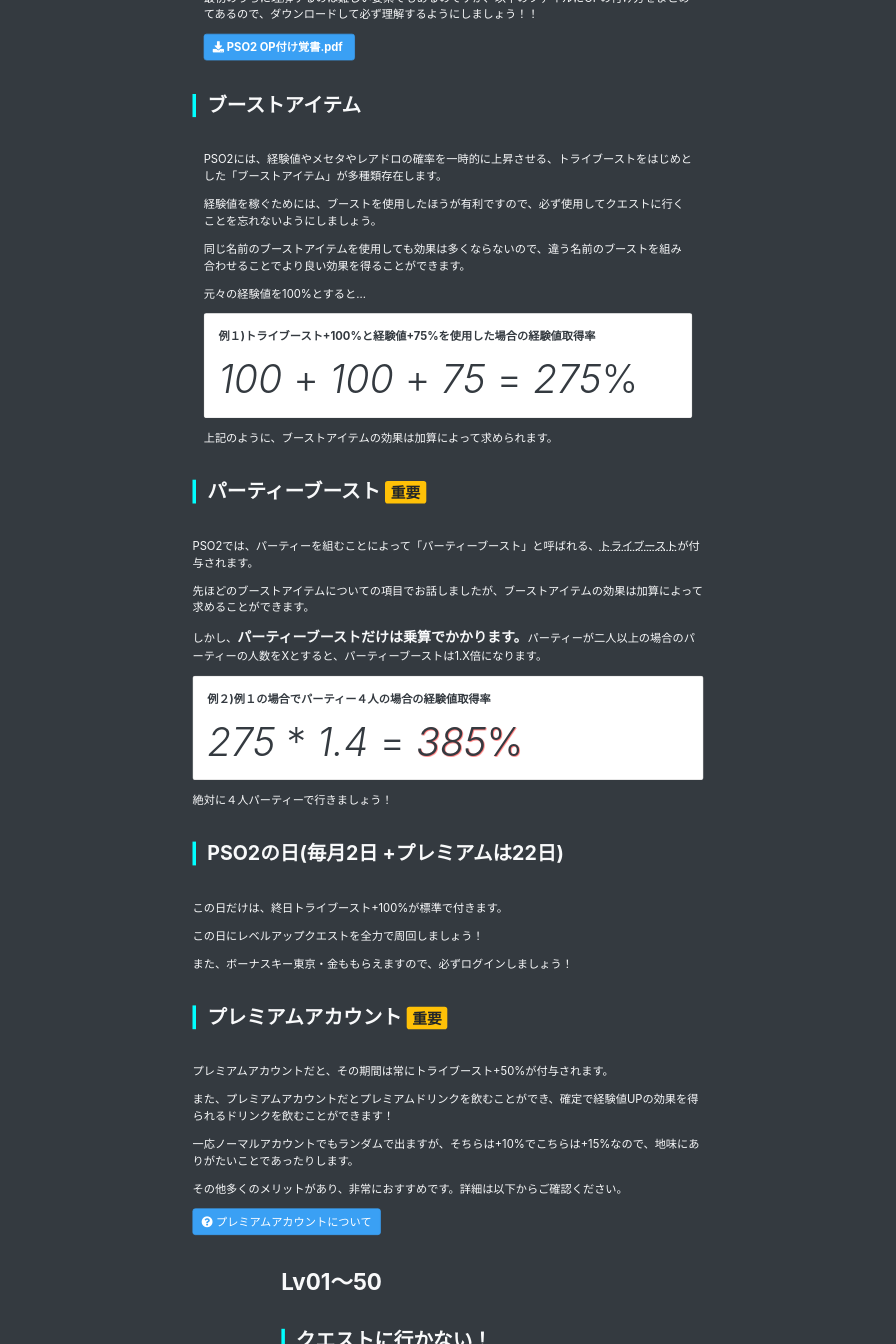
Repository: milkyahonpo/Website_source
Page: docs/capture.html
The author's editor kept a copy of each file at every save. The page is drawn from the files as they stood at one save, then again after the next save.
The browser window is 1280 px wide. The pictures show the part of the page from y = 3896 to 5816 px (the page is 11156 px tall), at 70% of full size.
Some web libraries are served in a nearby version.

Above is the page before, as saved 2020-02-03 09:44:17.

### docs/capture.html
<!DOCTYPE html>
<html lang="ja">
  <head>
    <!-- Required meta tags -->
    <meta charset="utf-8">
    <meta name="viewport" content="width=device-width, initial-scale=1, shrink-to-fit=no">
    <!-- Bootstrap CSS -->
    <link rel="stylesheet" href="https://stackpath.bootstrapcdn.com/bootstrap/4.3.1/css/bootstrap.min.css" integrity="sha384-ggOyR0iXCbMQv3Xipma34MD+dH/1fQ784/j6cY/iJTQUOhcWr7x9JvoRxT2MZw1T" crossorigin="anonymous">
    <!-- My CSS -->
    <link rel="stylesheet" href="css/capture.css">
    <!-- favicon -->
    <link rel="shortcut icon" href="img/favicon.ico">
    <!-- Font Awesome -->
    <link href="https://use.fontawesome.com/releases/v5.6.1/css/all.css" rel="stylesheet">
    <!-- Google Fonts -->
    <link href="https://fonts.googleapis.com/css?family=Titillium+Web&display=swap" rel="stylesheet">

    <title>みるく屋本舗 - 攻略本 -</title>
  </head>

  <body>
  <!-- Navigation -->
  <nav class="navbar navbar-expand-lg navbar-light fixed-top py-3" id="mainNav">
    <div class="container">
      <a class="navbar-brand" href="index.html">
        <img src="./img/logo.png" width="50" height="50" alt="">
        <b>みるく屋本舗</b>
      </a>
      <button class="navbar-toggler navbar-togglar-right" type="button" data-toggle="collapse" data-target="#navbarResponsive" aria-controls="navbarResponsive" aria-expanded="false" aria-label="Toggle navigation">
        <span class="navbar-toggler-icon"></span>
      </button>
      <div class="collapse navbar-collapse" id="navbarResponsive">
        <ul class="navbar-nav ml-auto my-2 my-lg-0">
          <li class="nav-item">
            <a class="nav-link js-scroll-trigger" href="#basic">基礎知識</a>
          </li>
          <li class="nav-item">
            <a class="nav-link js-scroll-trigger" href="#lv1-50">Lv01～Lv50</a>
          </li>
          <li class="nav-item">
            <a class="nav-link js-scroll-trigger" href="#lv51-75">Lv51～Lv75</a>
          </li>
          <li class="nav-item">
            <a class="nav-link js-scroll-trigger" href="#lv76-80">Lv76～Lv80</a>
          </li>
          <li class="nav-item">
            <a class="nav-link js-scroll-trigger" href="#lv81-90">Lv81～Lv90</a>
          </li>
        </ul>
      </div>
    </div>
  </nav>
  <!-- About Section -->
  <section class="page-section h-100 bg-dark text-light">
    <div class="container h-100">
      <div class="row h-100 justify-content-center align-items-center">
        <div class="col-lg-8">
          <h2 class="display-1 mt-0 font-weight-bold text-center"><span style="color: cyan;">攻</span>略本</h2>
          <hr class="divider my-4">
          <p class="lead text-center">チムメンに役立つ育成情報を掲載します！</p>
          <p class="text-center"><small>最終更新 : 2020/01/23</small></p>
        </div>
      </div>
    </div>
  </section>

  <div class="page-section bg-dark text-light">
    <div class="container">
      <div class="row py-5 justify-content-center" id="basic">
        <div class="col-md-8">
          <h2 class="font-weight-bold">基礎知識</h2>
          <h3 class="my-5 pl-3"><strong class="font-weight-bold">メインクラスとサブクラス</strong></h3>
          <div class="px-3">
            <div>
              PSO2には「メインクラス」と「サブクラス」があります。
              <ul>
                <li>「メインクラス」装備できる武器に影響するクラス</li>
                <li>「サブクラス」一部のスキルとステータスの影響を受けるクラス<br>
              </ul>
              以下にクラス一覧と、その装備できる武器について示します。
            </div>
            <p class="alert alert-info">ガンスラッシュはどのクラスでも使用することができます。</p>
            <h4>通常クラス</h4>
            <table class="table table-striped table-hover my-3 table-dark">
              <tr><th>アイコン</th><th>クラス名</th><th>略称</th><th>装備できる武器</th></tr>
              <tr><td><img class="img-thumbnail" src="img/Hu.png"　style="display: inline-block" width="50px" height="auto"></td><td><a href="https://pso2.swiki.jp/index.php?%E3%83%8F%E3%83%B3%E3%82%BF%E3%83%BC">ハンター</a></td><td>Hu</td><td><ul><li>ソード</li><li>ワイヤードランス</li><li>パルチザン</li></ul></td></tr>
              <tr><td><img class="img-thumbnail" src="img/Fi.png"　style="display: inline-block" width="50px" height="auto"></td><td><a href="https://pso2.swiki.jp/index.php?%E3%83%95%E3%82%A1%E3%82%A4%E3%82%BF%E3%83%BC">ファイター</a></td><td>Fi</td><td><ul><li>ツインダガー</li><li>ダブルセイバー</li><li>ナックル</li></ul></td></tr>
              <tr><td><img class="img-thumbnail" src="img/Ra.png"　style="display: inline-block" width="50px" height="auto"></td><td><a href="https://pso2.swiki.jp/index.php?%E3%83%AC%E3%83%B3%E3%82%B8%E3%83%A3%E3%83%BC">レンジャー</a></td><td>Ra</td><td><ul><li>ランチャー</li><li>アサルトライフル</li></ul></td></tr>
              <tr><td><img class="img-thumbnail" src="img/Gu.png"　style="display: inline-block" width="50px" height="auto"></td><td><a href="https://pso2.swiki.jp/index.php?%E3%82%AC%E3%83%B3%E3%83%8A%E3%83%BC">ガンナー</a></td><td>Gu</td><td><ul><li>ツインマシンガン</li><li>アサルトライフル</li></ul></td></tr>
              <tr><td><img class="img-thumbnail" src="img/Fo.png"　style="display: inline-block" width="50px" height="auto"></td><td><a href="https://pso2.swiki.jp/index.php?%E3%83%95%E3%82%A9%E3%83%BC%E3%82%B9">フォース</a></td><td>Fo</td><td><ul><li>ロッド</li><li>タリス</li></ul></td></tr>
              <tr><td><img class="img-thumbnail" src="img/Te.png"　style="display: inline-block" width="50px" height="auto"></td><td><a href="https://pso2.swiki.jp/index.php?%E3%83%86%E3%82%AF%E3%82%BF%E3%83%BC">テクター</a></td><td>Te</td><td><ul><li>ウォンド</li><li>タリス</li></ul></td></tr>
              <tr><td><img class="img-thumbnail" src="img/Br.png"　style="display: inline-block" width="50px" height="auto"></td><td><a href="https://pso2.swiki.jp/index.php?%E3%83%96%E3%83%AC%E3%82%A4%E3%83%90%E3%83%BC">ブレイバー</a></td><td>Br</td><td><ul><li>カタナ</li><li>バレットボウ</li></ul></td></tr>
              <tr><td><img class="img-thumbnail" src="img/Bo.png"　style="display: inline-block" width="50px" height="auto"></td><td><a href="https://pso2.swiki.jp/index.php?%E3%83%90%E3%82%A6%E3%83%B3%E3%82%B5%E3%83%BC">バウンサー</a></td><td>Bo</td><td><ul><li>ジェットブーツ</li><li>デュアルブレード</li></ul></td></tr>
              <tr><td><img class="img-thumbnail" src="img/Su.png"　style="display: inline-block" width="50px" height="auto"></td><td><a href="https://pso2.swiki.jp/index.php?%E3%82%B5%E3%83%A2%E3%83%8A%E3%83%BC">サモナー</a></td><td>Su</td><td><ul><li>タクト</li></ul></td></tr >
            </table>
            <div class="my-5">
              <p>これらの通常クラスのいずれか２つをレベル75にすることで選択可能になる<strong class="lead font-weight-bold">「後継クラス」</strong>というものがあります。</p>
              <p>後継クラスは現状で３つあり、ファントムとエトワールはサブクラスとしてセットすることができますが、メインクラスとして使う場合、<strong class="lead font-weight-bold">全てサブクラスをセットすることができません。</strong>その代わりに、各クラス特徴のある強力なクラススキルを有しており、非常に優秀なクラスとなっています。</p>
            </div>
            <h4>後継クラス</h4>
            <table class="table table-striped table-hover my-3 table-dark">
              <tr><th>アイコン</th><th>クラス名</th><th>略称</th><th>装備できる武器</th></tr>
              <tr><td><img class="img-thumbnail" src="img/Hr.png"　style="display: inline-block" width="50px" height="auto"></td class="align-items-center"><td><a href="https://pso2.swiki.jp/index.php?%E3%83%92%E3%83%BC%E3%83%AD%E3%83%BC">ヒーロー</a></td><td>Hr</td><td><ul><li>ソード</li><li>ツインマシンガン</li><li>タリス</li></ul></td></tr>
              <tr><td><img class="img-thumbnail" src="img/Ph.png"　style="display: inline-block" width="50px" height="auto"></td><td><a href="https://pso2.swiki.jp/index.php?%E3%83%95%E3%82%A1%E3%83%B3%E3%83%88%E3%83%A0">ファントム</a></td><td>Ph</td><td><ul><li>カタナ</li><li>アサルトライフル</li><li>ロッド</li></td></tr>
              <tr><td><img class="img-thumbnail" src="img/Et.png"　style="display: inline-block" width="50px" height="auto"></td><td><a href="https://pso2.swiki.jp/index.php?%E3%82%A8%E3%83%88%E3%83%AF%E3%83%BC%E3%83%AB">エトワール</a></td><td>Et</td><td><ul><li>ダブルセイバー</li><li>デュアルブレード</li><li>ウォンド</li></td></tr>
            </table>
            <p>「メインクラス」は、当然ですが入手した経験値の100%が加算されます。</p>
            <p>「サブクラス」も、セットしておくだけでサブクラスがレベル70までは<strong class="lead font-weight-bold">メインクラスが獲得した経験値の25%</strong>が加算されます。</p>
            <p>そのため、必ずサブクラスをつけておきましょう。</p>
          </div>
          <h3 class="my-5 pl-3"><strong class="font-weight-bold"><abbr title="特殊能力(DL先のファイルに詳細)">OP</abbr>・<abbr title="S級特殊能力(DL先のファイルに詳細)">SOP</abbr>付け</strong></h3>
          <div class="px-3">
            <p>PSO2の武器や<abbr title="防具のこと">ユニット</abbr>には、OPと呼ばれる特殊能力を付与することができます。</p>
            <p>これを付けていないとどれだけ頑張っても火力が出なかったり、伸び悩んでしまう原因になります。</p>
            <p>最初のうちに理解するのは難しい要素でもあるのですが、以下のファイルにOPの付け方をまとめてあるので、ダウンロードして必ず理解するようにしましょう！！</p>
            <div class="movie-box">
              <iframe width="560" height="315" src="https://www.youtube-nocookie.com/embed/dSWcW5Sa8bw" frameborder="0" allow="accelerometer; autoplay; encrypted-media; gyroscope; picture-in-picture" allowfullscreen></iframe>
            </div>
          </div>
          <h3 class="my-5 pl-3"><strong class="font-weight-bold"><abbr title="特殊能力(DL先のファイルに詳細)">OP</abbr>・<abbr title="S級特殊能力(DL先のファイルに詳細)">SOP</abbr>付け</strong></h3>
          <div class="px-3">
            <p>PSO2の武器や<abbr title="防具のこと">ユニット</abbr>には、OPと呼ばれる特殊能力を付与することができます。</p>
            <p>これを付けていないとどれだけ頑張っても火力が出なかったり、伸び悩んでしまう原因になります。</p>
            <p>最初のうちに理解するのは難しい要素でもあるのですが、以下のファイルにOPの付け方をまとめてあるので、ダウンロードして必ず理解するようにしましょう！！</p>
            <a class="text-decoration-none" href="./document/PSO2 OP付け覚書.pdf" download="PSO2 OP付け覚書.pdf">
              <button class="btn btn-primary">
                <span class="text-decoration-none"><i class="fas fa-download"></i><b class="px-1">PSO2 OP付け覚書.pdf</b></span>
              </button>
            </a>
          </div>
          <h3 class="my-5 pl-3"><strong class="font-weight-bold">ブーストアイテム</strong></h3>
          <div class="px-3">
            <p>PSO2には、経験値やメセタやレアドロの確率を一時的に上昇させる、トライブーストをはじめとした「ブーストアイテム」が多種類存在します。</p>
            <p>経験値を稼ぐためには、ブーストを使用したほうが有利ですので、必ず使用してクエストに行くことを忘れないようにしましょう。</p>
            <p>同じ名前のブーストアイテムを使用しても効果は多くならないので、違う名前のブーストを組み合わせることでより良い効果を得ることができます。</p>
            <p>元々の経験値を100%とすると...</p>
            <div class="card mb-3 text-dark">
              <div class="card-body">
              <p><b>例１)トライブースト+100%と経験値+75%を使用した場合の経験値取得率</b></p>
              <strong class="my-1 display-4"><var>100</var> + <var>100</var> + <var>75</var> = <var>275</var>%</strong>
              </div>
            </div>
            <p>上記のように、ブーストアイテムの効果は加算によって求められます。</p>
          </div>
          <h3 class="my-5 pl-3"><strong class="font-weight-bold">パーティーブースト </strong><span class="badge badge-warning">重要</span></h3>
          <p>PSO2では、パーティーを組むことによって「パーティーブースト」と呼ばれる、<abbr title="略称「トラブ」 メセタ、レアドロ、経験値獲得量UP">トライブースト</abbr>が付与されます。</p>
          <p>先ほどのブーストアイテムについての項目でお話しましたが、ブーストアイテムの効果は加算によって求めることができます。</p>
          <p>しかし、<strong class="lead font-weight-bold">パーティーブーストだけは乗算でかかります。</strong>パーティーが二人以上の場合のパーティーの人数をXとすると、パーティーブーストは1.X倍になります。</p>
          <div class="card mb-3 text-dark">
            <div class="card-body">
            <p><b>例２)例１の場合でパーティー４人の場合の経験値取得率</b></p>
            <strong class="my-1 display-4"><var>275</var> * <var>1.4</var> = <span class="enh"><var>385</var>%</span></strong><br>
            </div>
          </div>
          <p>絶対に４人パーティーで行きましょう！</p>

          <h3 class="my-5 pl-3"><strong class="font-weight-bold">PSO2の日(毎月2日 +プレミアムは22日)</strong></h3>
          <p>この日だけは、終日トライブースト+100%が標準で付きます。</p>
          <p>この日にレベルアップクエストを全力で周回しましょう！</p>
          <p>また、ボーナスキー東京・金ももらえますので、必ずログインしましょう！</p>

          <h3 class="my-5 pl-3"><strong class="font-weight-bold">プレミアムアカウント </strong><span class="badge badge-warning">重要</span></h3>
          <p>プレミアムアカウントだと、その期間は常にトライブースト+50%が付与されます。</p>
          <p>また、プレミアムアカウントだとプレミアムドリンクを飲むことができ、確定で経験値UPの効果を得られるドリンクを飲むことができます！</p>
          <p>一応ノーマルアカウントでもランダムで出ますが、そちらは+10%でこちらは+15%なので、地味にありがたいことであったりします。</p>
          <p>その他多くのメリットがあり、非常におすすめです。詳細は以下からご確認ください。</p>
          <a href="http://pso2.jp/players/manual/preparations/ac/#sys-manual-513"><button class="btn btn-primary"><i class="fas fa-question-circle"></i> プレミアムアカウントについて</button></a>
        </_div>
      <//div>
      <div class="row py-5 justify-content-center" id="lv1-50">
        <div class="col-lg-8">
          <h2><b>Lv01～50</b></h2>
          <h3 class="my-5 pl-3"><strong class="font-weight-bold">クエストに行かない！</strong></h3>
          <div class="px-3">
            <p>それが大事です。ひたすらに。</p>
            <p>理由としては、難易度的にも効率的にも、経験値がおいしくないからです。</p>
            <p>初心者として始めた時点だと、倉庫に「経験値獲得チケット」が眠っているので、まずはそれを使ってドシドシとレベルを上げていきましょう！</p>
            <p>１レベル上がるのに必要な経験値が一気に上がるのは41レベル以降なので、そこまでは一気に上がっていくはずです。</p>
            <p><strong class="lead font-weight-bold">しかし！！</strong>以下の注意点があります...</p>
          </div>
          <h3 class="my-5 pl-3"><strong class="font-weight-bold">レベル制限解除試練・Ⅰ<span class="mx-3">or</span>Ⅱ</strong></h3>
          <div class="px-3">
            <p><strong class="lead font-weight-bold">ゲートエリアのNPCコフィーのクライアントオーダー</strong>から、Ⅰはクラスレベル20、Ⅱはクラスレベル35になると受けることができます。</p>
            <p>このオーダーをクリアしておかないと、レベル30とレベル40の時点で<abbr title="レベルがそれ以上上がらない状態になること">レベルキャップ</abbr>を迎えてしまいます。そうなると経験値チケットを使用しても無駄になるだけなので、しっかりと解放しておきましょう！</p>
          </div>
        </div>
      </div>
      <div class="row py-5 justify-content-center" id="lv51-75">
        <div class="col-lg-8">
          <h2 class="mb-5"><b>Lv51～75</b></h2>
          <h3 class="my-5 pl-3"><strong class="font-weight-bold">ボーナスキー</strong></h3>
          <div class="px-3">
            <p><strong class="lead font-weight-bold">ここまで取っておいた君！よく我慢した！！！</strong></p>
            <p>ボーナスキーは有効期限がありますので、ここらで使うのも手ではないでしょうか。</p>
            <p>しかし、ボーナスクエストは、自身の現在のレベルに比例して取得できる経験値量が増加します。</p>
            <p>自身のレベルが80になると、取得できる経験値量の変動が頭打ちになるので、そこで使うのがもっとも効率が良い方法になります。</p>
            <p><strong class="lead font-weight-bold">PSO2の日はボーナスクエストにも経験値+100%がつく</strong>ので、期限がもつならその時に行きましょう！</p>
          </div>
          <h3 class="my-5 pl-3"><strong class="font-weight-bold">暗影渦巻く壊れた世界SH </strong><span class="badge badge-warning">重要</span></h3>
          <div class="px-3">
            <p>これより経験値がおいしいクエストは、他にはボーナスキーしかないレベルです。</p>
            <p>圧倒的経験値効率を誇るクエストなので、レベリングには必ず行きましょう！</p>
            <p><strong class="lead font-weight-bold">レベルアップクエストの仕様上、5日周期で1日来る</strong>ので必ずチェックしておきましょう。</p>
          </div>
          <h3 class="my-5 pl-3"><strong class="font-weight-bold">クラスごとの<abbr title="スキルポイント スキルツリーのスキルを取得するために必要になる レベル1UPごとに1SP">SP</abbr>取得クライアントオーダー </strong><span class="badge badge-warning">重要</span></h3>
          <div class="px-3">
            <p>レベル75になると、クラスキューブというアイテムを渡すことによって、クラスごとにSPを獲得できるクライアントオーダーが解放されます。</p>
            <p>クラスキューブとは、ハンターであれば「Huエクスキューブ」といったような、クラスの略称がついたアイテムになります。</p>
            <p>全てのクラス共通で、最初は1個、次は2個、3個、4個と要求数が増えていき、全4つのオーダーで合計10個のクラスキューブが必要になります。</p>
            <p><strong class="lead font-weight-bold">ゲートエリアのNPCシロナの「トレジャーショップ」</strong>から、SGまたはメセタを使用してクラスキューブを購入することができます。売っているクラスキューブは日替わりなので、自分の欲しいクラスキューブが陳列された時に購入しましょう！</p>
            <p>また、レベル90のレベルキャップに到達した状態でレベルアップすることで、そのクラスのクラスキューブを<strong class="lead font-weight-bold">レベルアップごとに７個</strong>取得することができます。</p>
          </div>
        </div>
      </div>
          <!--
          <h3 class="my-5 pl-3"><strong class="font-weight-bold">レベル75制限解除試験・○○ </strong><span class="badge badge-info">後継クラスのみ</span></h3>
          <p>レベル75制限解除試験とは、その名の通りレベル75のレベルキャップを解放するクライアントオーダーです。</p>
          <p>これまでもレベル30の時点やレベル40の時点にも存在したものと同じになります。</p>
          <p>このレベルキャップ解放はクラスごとにクリアする必要があります。</p>
          <p>条件は、<br>
          <strong class="lead font-weight-bold">「<abbr title="ガンスラッシュは対象外です">メインクラスで装備できる武器種</abbr>の☆13以上を+35まで強化する」</strong><br>
          というものになります。</p>
          <p><strong class="lead font-weight-bold">ゲートエリアのNPCプリンの「コレクトシート」</strong>で、☆13武器の+35をゲットするだけで達成することができます。</p>
          <p>コレクトシートとは、数あるアイテムの中から自身が欲しいアイテムを選択し、そのアイテムのシートを入手したのちに、シート中に記載されている必要項目を全達成することで対象のアイテムが入手できるというものです。</p>
          <p>それぞれの項目に指定された条件を達成すると項目のゲージが上昇していき、ゲージが最大になった時にドロップするアイテムを入手することで項目が達成されます。</p>
          <p>基本的にコレクトシートの項目の条件は、入手した時点で開催されている緊急クエストや期間限定クエストで達成できるものが設定されているので、どんどん参加しましょう！</p>
          -->

      <div class="row py-5 justify-content-center" id="lv76-80">
        <div class="col-lg-8">
          <h2 class="mb-5"><b>Lv76～80</b></h2>
          <h3 class="my-5 pl-3"><strong class="font-weight-bold">必要経験値の異常なまでの上昇 </strong><span class="badge badge-danger">難関</span></h3>
          <p><strong class="lead font-weight-bold">今までとは比べ物にならないくらいにレベルが上がらなくなってきます。</strong></p>
          <p>ただ、昔のPSO2と比較したら今はボーナスキーもあり、レベルアップクエストなんてものもあり、
          そのうえPSO2の日では経験値+100%で、プレミアムなら毎日トライブースト+50%もつくだって！？</p>
          <strong class="lead font-weight-bold">めげずに頑張りましょう！私たちがついています！</strong>

          <h3 class="my-5 pl-3"><strong class="font-weight-bold">ボーナスキー </strong></h3>
          <p>それはここでも同じです。</p>
          <p>PSO2で経験値が一番おいしいクエストは間違いなくボーナスキー！</p>
          <p>手に入れたらPSO2の日をねらって絶対に行きましょう！</p>
          <p>(ブーストアイテムを忘れずにね！)</p>

          <h3 class="my-5 pl-3"><strong class="font-weight-bold">暗影渦巻く壊れた世界XH </strong><span class="badge badge-success">更新時点 推奨</span></h3>
          <p>現状最強武器の「リバレイト〇〇」という武器の入手にはクラスキューブが必要になります。</p>
          <p>また、2020/02/05まで開催されている<a href="http://pso2.jp/players/event/newyear2020/">SPACE MAGATSU DESTROYERS</a>の個人ポイント獲得はこの暗影でもためることができ、暗影は1周2分で周回できるので非常に高効率となっています。(本来あってはならないことかもしれませんが...)</p>
          <p>以上の理由から、現時点では高レベルのプレイヤーも暗影を周回しており、人がすぐに集まることも多いため、以下に記載してあるSHを周回するよりも圧倒的に高効率でレベルアップすることができます。</p>

          <h3 class="my-5 pl-3"><strong class="font-weight-bold">暗影渦巻く壊れた世界SH </strong><span class="badge badge-secondary">更新時点 非推奨</span></h3>
          <p>「え？なんでまだこの段階でもXH行かないの？」</p>
          <p>そう思う方も多いことでしょう。</p>
          <p>試しにXHに行ってみた方はわかると思いますが、
          <strong class="lead font-weight-bold">クエストに12人いることのほうが少ないです。</strong></p>
          <p>理由はSHとXHの受注可能なレベル帯の差にあります。</p>
          <p>SHはレベル50から受注可能で、XHには、メインサブの双方を75まで上げないと行けません。</p>
          <p>なので、SHを回るのは、75-50=レベル25分の幅の方で、
          なおかつメインはレベル75であってもサブはまだという方も含まれます。</p>
          <p>それに対してXHはレベル75から受注可能で、最大はレベル90です。</p>
          <p>なので、XHを回るのは、90-75=レベル15分の幅の方で、
          なおかつメインサブ双方が75以上である方です。</p>
          <p>それゆえに、暗影で人数が集まるのは必然的にSHとなるわけです。</p>
          <p>人数が集まるということは、パーティーが組めるのでブーストがのる。</p>
          <p><strong class="lead font-weight-bold">そういうことです！</strong></p>

          <h3 class="my-5 pl-3"><strong class="font-weight-bold">クラスごとのSP取得クライアントオーダー </strong></h3>
          <p>Lv51～75で前述のとおりです。</p>
          <p>もしもレベル75の時点でやっていなかったのであれば、必ずここで済ませてしまいましょう！</p>

          <!--
          <h3 class="my-5 pl-3"><strong class="font-weight-bold">レベル80制限解除試験・○○ </strong></h3>
          <p>「またレベルキャップか・・・」</p>
          <p>安心してください。今回のは<b>めちゃくちゃ簡単</b>です。</p>
          <p>レベルを75にした時点で称号報酬でもらっていた、３つの<strong class="lead font-weight-bold">「サブ／ステラウォール」</strong>というユニット。</p>
          <p>若しくは、ここまで暗影を周回している人なら持っているであろう「ウェポンズバッジ2019」。</p>
          <p>それとバッジ交換ショップで交換できる☆12ユニットの、</p>
          <p><strong class="lead font-weight-bold">「リア／サーキュレイ」、「アーム／サーカレイ」、「レッグ／サークレイ」</strong>。</p>
          <p>そのどちらかのシリーズを全て+10にしてから装備して話しかけるだけで達成できます。</p>
          <p>ユニットの強化は、武器と比較してものすごく簡単なので、
          強化値+7までは補助アイテム何も無しで上げていき、
          +8以降は、「強化成功率+5%」と「強化リスク軽減(+1)」を使用して上げていくだけで十分です。</p>
          <p>もっていないのであれば、どちらも非常に安価にマイショップで販売していますので、
          どんどん上げて、ぱぱっと報告してしまいましょう！</p>
          -->
        </div>
      </div>
      <div class="row py-5 justify-content-center" id="lv81-90">
        <div class="col-lg-8">
          <h2 class="mb-5"><b>Lv81～90</b></h2>
          <h3 class="my-5 pl-3 display-4"><font color="orange">気合 <i class="fas fa-exclamation"></i></font></h3>
          <p>今までの知識をすべて駆使してレベルを上げていきましょう。</p>
          <p>ブースト、ボーナスキー、暗影...</p>
          <p><b style="font-size: 20px">頂上はもうすぐです！</b></p>
        </div>
      </div>
    </div>
  </div>
</section>
  <!-- Footer -->
  <footer class="bg-light py-5">
    <div class="container">
      <div class="small text-center text-muted">※当サイトの一部の掲載画像等に関する権利は、株式会社セガゲームズに帰属しています。</div>
      <div class="small text-center text-muted">Copyright &copy; 2019 - MYH / SEGA PHANTASY STAR ONLINE 2</div>
    </div>
  </footer>

  <!-- Bootstrap core JavaScript -->
  <script src="vendor/jquery/jquery.min.js"></script>
  <script src="vendor/bootstrap/js/bootstrap.bundle.min.js"></script>

  <!-- Plugin JavaScript -->
  <script src="vendor/jquery-easing/jquery.easing.min.js"></script>
  <script src="vendor/magnific-popup/jquery.magnific-popup.min.js"></script>

  <!-- Custom scripts for this template -->
  <script src="js/creative.min.js"></script>

    <!-- Optional JavaScript -->
    <!-- jQuery first, then Popper.js, then Bootstrap JS -->
    <script src="https://code.jquery.com/jquery-3.3.1.slim.min.js" integrity="sha384-q8i/X+965DzO0rT7abK41JStQIAqVgRVzpbzo5smXKp4YfRvH+8abtTE1Pi6jizo" crossorigin="anonymous"></script>
    <script src="https://cdnjs.cloudflare.com/ajax/libs/popper.js/1.14.7/umd/popper.min.js" integrity="sha384-UO2eT0CpHqdSJQ6hJty5KVphtPhzWj9WO1clHTMGa3JDZwrnQq4sF86dIHNDz0W1" crossorigin="anonymous"></script>
    <script src="https://stackpath.bootstrapcdn.com/bootstrap/4.3.1/js/bootstrap.min.js" integrity="sha384-JjSmVgyd0p3pXB1rRibZUAYoIIy6OrQ6VrjIEaFf/nJGzIxFDsf4x0xIM+B07jRM" crossorigin="anonymous"></script>
  </body>
</html>

Loaded but not shown: docs/css/capture.css (library); docs/vendor/jquery/jquery.min.js (library); docs/vendor/bootstrap/js/bootstrap.bundle.min.js (library); docs/vendor/jquery-easing/jquery.easing.min.js (common file); docs/vendor/magnific-popup/jquery.magnific-popup.min.js (library); docs/js/creative.min.js (7 lines, source omitted)

After the next save:
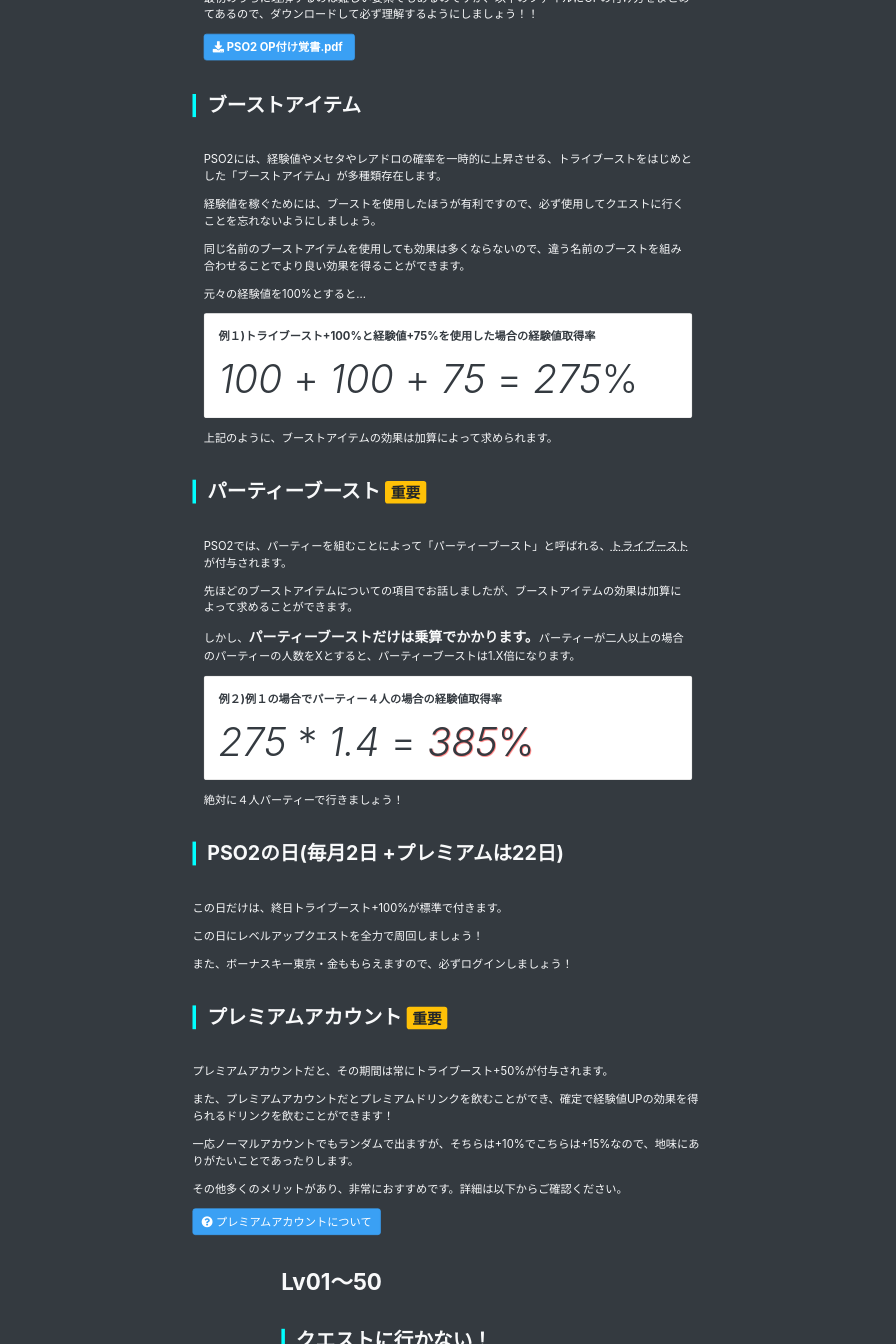
Saved 12 s later.
--- a/docs/capture.html
+++ b/docs/capture.html
@@ -143,17 +143,18 @@
             <p>上記のように、ブーストアイテムの効果は加算によって求められます。</p>
           </div>
           <h3 class="my-5 pl-3"><strong class="font-weight-bold">パーティーブースト </strong><span class="badge badge-warning">重要</span></h3>
-          <p>PSO2では、パーティーを組むことによって「パーティーブースト」と呼ばれる、<abbr title="略称「トラブ」 メセタ、レアドロ、経験値獲得量UP">トライブースト</abbr>が付与されます。</p>
-          <p>先ほどのブーストアイテムについての項目でお話しましたが、ブーストアイテムの効果は加算によって求めることができます。</p>
-          <p>しかし、<strong class="lead font-weight-bold">パーティーブーストだけは乗算でかかります。</strong>パーティーが二人以上の場合のパーティーの人数をXとすると、パーティーブーストは1.X倍になります。</p>
-          <div class="card mb-3 text-dark">
-            <div class="card-body">
-            <p><b>例２)例１の場合でパーティー４人の場合の経験値取得率</b></p>
-            <strong class="my-1 display-4"><var>275</var> * <var>1.4</var> = <span class="enh"><var>385</var>%</span></strong><br>
-            </div>
-          </div>
-          <p>絶対に４人パーティーで行きましょう！</p>
-
+          <div class="px-3">
+            <p>PSO2では、パーティーを組むことによって「パーティーブースト」と呼ばれる、<abbr title="略称「トラブ」 メセタ、レアドロ、経験値獲得量UP">トライブースト</abbr>が付与されます。</p>
+            <p>先ほどのブーストアイテムについての項目でお話しましたが、ブーストアイテムの効果は加算によって求めることができます。</p>
+            <p>しかし、<strong class="lead font-weight-bold">パーティーブーストだけは乗算でかかります。</strong>パーティーが二人以上の場合のパーティーの人数をXとすると、パーティーブーストは1.X倍になります。</p>
+            <div class="card mb-3 text-dark">
+              <div class="card-body">
+              <p><b>例２)例１の場合でパーティー４人の場合の経験値取得率</b></p>
+              <strong class="my-1 display-4"><var>275</var> * <var>1.4</var> = <span class="enh"><var>385</var>%</span></strong><br>
+              </div>
+            </div>
+            <p>絶対に４人パーティーで行きましょう！</p>
+          </div>
           <h3 class="my-5 pl-3"><strong class="font-weight-bold">PSO2の日(毎月2日 +プレミアムは22日)</strong></h3>
           <p>この日だけは、終日トライブースト+100%が標準で付きます。</p>
           <p>この日にレベルアップクエストを全力で周回しましょう！</p>
